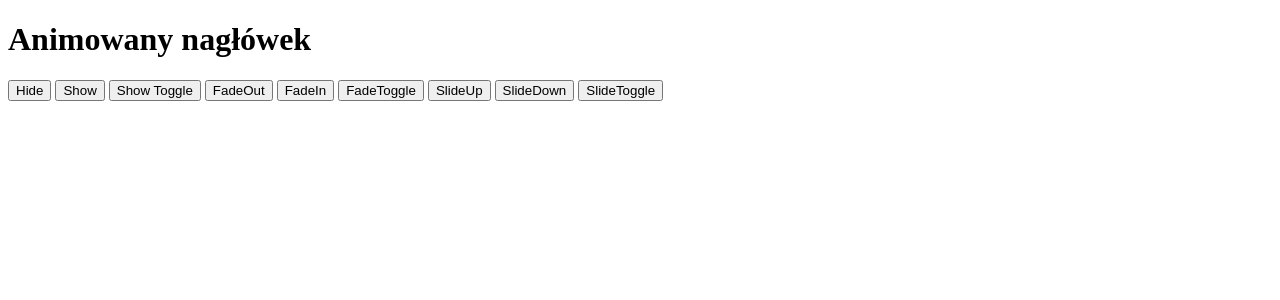
Repository: magdaf41/jQuery
Page: zadanie 3/index.html
The author's editor kept a copy of each file at every save. The page is drawn from the files as they stood at one save, then again after the next save.
The browser window is 1280 px wide. The pictures show the whole page.
After loading, the first visible `#fade-out` was clicked once.

Above is the page before, as saved 2020-09-09 20:41:53.
Console error: TypeError: heading.fade is not a function

### zadanie 3/index.html
<!DOCTYPE html>
<html>

<head>
    <meta charset=utf-8 />
    <title>Return first and last name from a form - w3resource</title>
</head>

<body>
    <h1>Animowany nagłówek</h1>

    <button id="hide">Hide</button>
    <button id="show">Show</button>
    <button id="show-toggle">Show Toggle</button>
    <button id="fade-out">FadeOut</button>
    <button id="fade-in">FadeIn</button>
    <button id="fade-toggle">FadeToggle</button>
    <button id="slide-up">SlideUp</button>
    <button id="slide-down">SlideDown</button>
    <button id="slide-toggle">SlideToggle</button>

    <script src="js/jquery-3.5.1.min.js"></script>
    <script src="js/main.js"></script>

</body>

</html>

### zadanie 3/js/main.js
$(document).ready(function () {
    const heading = $('h1');

    $('#hide').click(function() {
        heading.hide(2000);
    });

    $('#show').click(function() {
        heading.show(1000);
    });

    $('#show-toggle').click(function() {
        heading.toggle(2000);
    });

    $('#fade-out').click(function() {
        heading.fade();
    });
});

Loaded but not shown: zadanie 3/js/jquery-3.5.1.min.js (library)

After the next save:
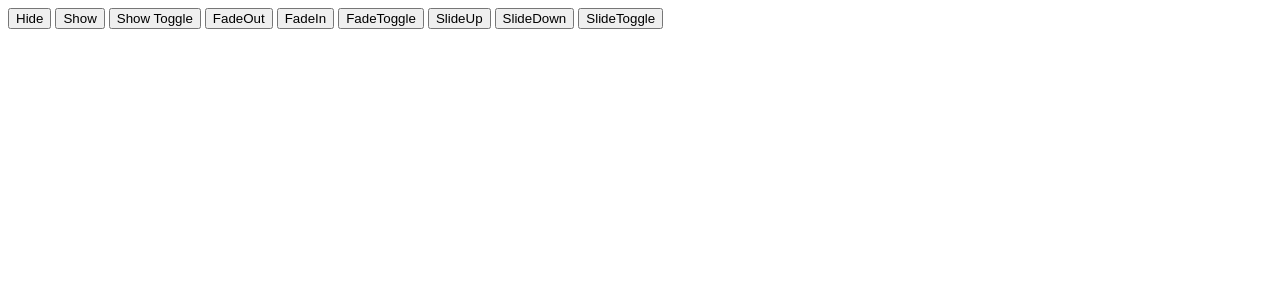
The error is gone.
Saved 29 s later.
--- a/zadanie 3/js/main.js
+++ b/zadanie 3/js/main.js
@@ -14,6 +14,6 @@ $(document).ready(function () {
     });
 
     $('#fade-out').click(function() {
-        heading.fade();
+        heading.fadeOut();
     });
 });
